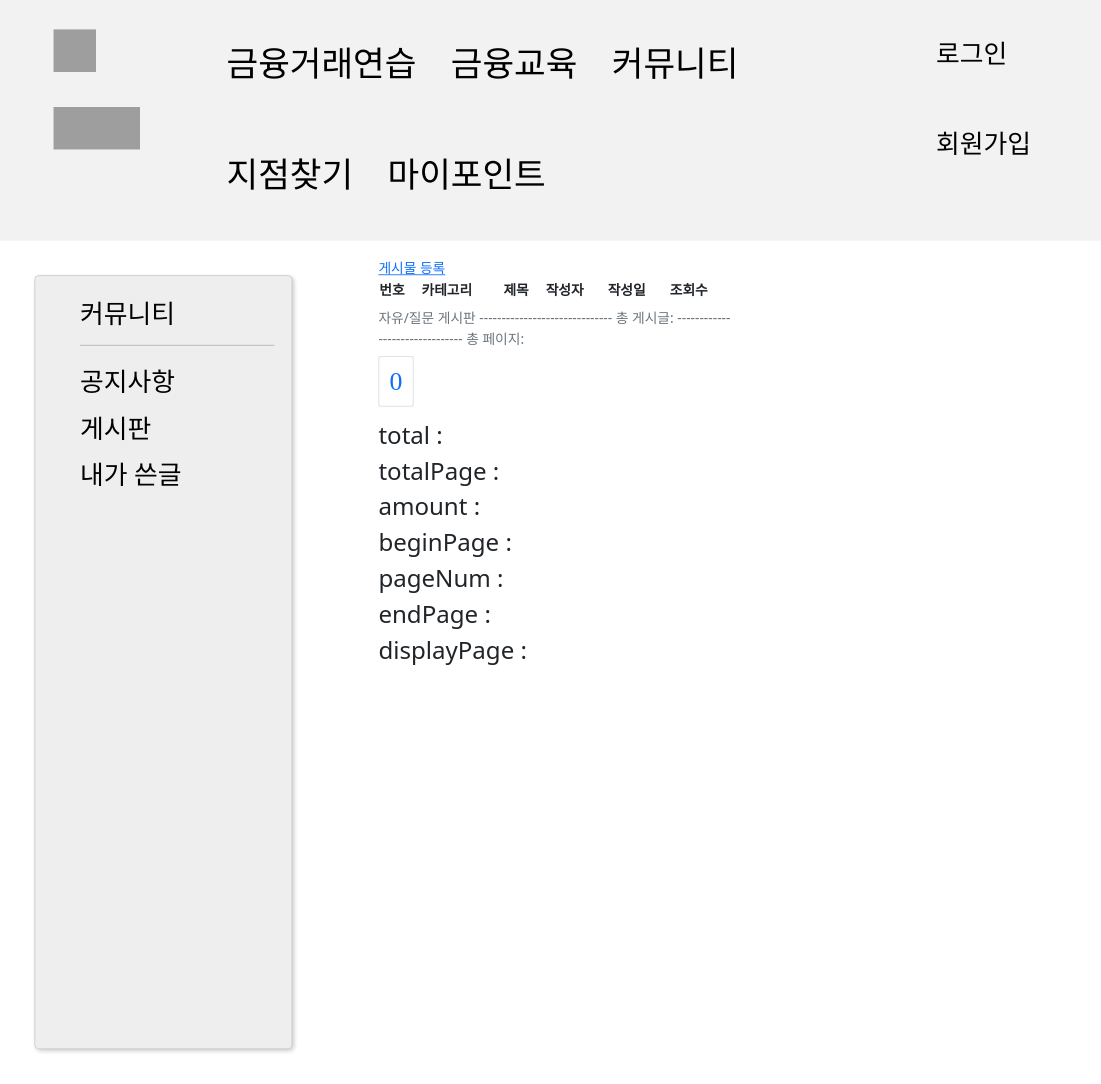
Repository: syc98syc/KB04_TeamProject
Page: http://localhost/jgig/WEB-INF/jsp/board/list.jsp
The author's editor kept a copy of each file at every save. The page is drawn from the files as they stood at one save, then again after the next save.
The browser window is 1280 px wide. The pictures show the whole page, at 86% of full size.
Pictures or frames that could not be fetched are drawn as grey boxes. Some web fonts or font styles are not loaded; a fallback is used. The page is served by Tomcat 9. Nobody is signed in. Other server files are loaded and not shown. The template is opened directly, without the code that normally fills it, so the values that code supplies are empty.

Above is the page before, as saved 2023-09-08 04:48:44.

### jgig/src/main/webapp/WEB-INF/jsp/board/list.jsp
<%@ page language="java" contentType="text/html; charset=UTF-8"
    pageEncoding="UTF-8"%>
<%@ taglib uri="http://java.sun.com/jsp/jstl/core" prefix="c" %>
<!DOCTYPE html>
<html>
<head>
<link href="https://cdn.jsdelivr.net/npm/bootstrap@5.0.2/dist/css/bootstrap.min.css" rel="stylesheet" integrity="sha384-EVSTQN3/azprG1Anm3QDgpJLIm9Nao0Yz1ztcQTwFspd3yD65VohhpuuCOmLASjC" crossorigin="anonymous">
<meta charset="UTF-8">
<title>웹게시물 목록</title>
<style>
#content {
 	margin-left: 420px; /* 사이드바 너비 + 여백만큼 오른쪽으로 밀어줍니다. */
    flex-grow: 1; /* 남은 공간을 모두 차지하도록 설정 */
    background-color: #fff; /* 배경색 설정 */
    padding: 20px; /* 내부 여백 설정 */
}
</style>
</head>
<body>
<%@ include file="../include/top_navbar.jsp" %>
<%@ include file="../include/left_navbar.jsp" %>
<div id="content">
	<a href="/jgig/board_insert_form">게시물 등록</a> <br>
	<table width= 50%>
	<caption>자유/질문 게시판 ------------------------------ 총 게시글: ${requestScope.total } ------------------------------- 총 페이지: ${criteria.totalPage }</caption>
		<tr>
		<th>번호</th>
		<th>카테고리</th>
		<th>제목</th>
		<th>작성자</th>
		<th>작성일</th>
		<th>조회수</th>
		<c:forEach items="${board_list}" var="brd">
		<tr>
			<td>${brd.brd_id }</td>
			<td>${brd.brd_category }</td>
			<td><a href="board_detail?no=${brd.brd_id}">${brd.title}</a></td>
			<td>${brd.mem_id }</td>
			<td>${brd.brd_date_created }</td>
			<td>${brd.brd_view }</td>
		</tr>
		</c:forEach>
	</table>
	<nav aria-label="Page navigation example">
  <ul class="pagination">
  <c:if test="${criteria.prev}">
    <li class="page-item"><a class="page-link" href="board_list?pageNum=${criteria.pageNum-1 }">이전</a></li>
  </c:if>
  <c:forEach begin="${criteria.beginPage}" end="${criteria.endPage}" var="idx">
 				 <li class="page-item"><a class="page-link" href="board_list?pageNum=${idx}"> ${idx} </a></li>
			</c:forEach>
    <c:if test="${criteria.next}">
    <li class="page-item"><a class="page-link" href="board_list?pageNum=${criteria.pageNum+1 }">다음</a></li>
	</c:if>
  </ul>
</nav>
	<h3>total : ${requestScope.total }</h3>
	<h3>totalPage : ${criteria.totalPage }</h3>
	<h3>amount : ${criteria.amount }</h3>
	<h3>beginPage : ${criteria.beginPage }</h3>
	<h3>pageNum : ${criteria.pageNum }</h3>
	<h3>endPage : ${criteria.endPage }</h3>
	<h3>displayPage : ${criteria.displayPage }</h3>
</div>
</body>
</html>

### jgig/src/main/webapp/WEB-INF/jsp/include/top_navbar.jsp
<%@ page language="java" contentType="text/html; charset=UTF-8"
    pageEncoding="UTF-8"%>
<!DOCTYPE html>
<html>
<head>
<meta charset="UTF-8">
<title>Insert title here</title>
<style>
@import url('https://fonts.googleapis.com/css2?family=Nanum+Gothic+Coding:wght@700&display=swap');  /* 글꼴 */

/* 상단 메뉴 스타일 */
        #top-menu {
            background-color: #F2F2F2;
            color: #fff;
            padding: 10px;
            width: 100%;
             display: flex;
  justify-content: center;
        }


    #img1 {
		width: 7vmin;
		height: 7vmin;
	}


	#img2 {
		width: 14vmin;
		height: 7vmin;
	}

	#top-menu a {
    color: #000; /* 링크 글꼴 색상 설정 */
    text-decoration: none; /* 링크 밑줄 제거 */
}

	#top-menu ul{
		list-style: none;
	}
	#top-menu li{
		font-family: 'Nanum Gothic Coding', cursive;
		float: left;
		background: #F2F2F2;
		padding:5px 10px;
		font-size: 40px;
		margin: 10px;
	}

	#top-menu ul li a{
		line-height: 2.5;
	}

	#nav3 ul li{
		font-size:30px;
	}
</style>
</head>
<body>
	<div id = "top-menu">
		<nav id = "nav1">
				<ul>
					<li><img id="img1" src="../resources/img/KB.png"></li>
					<li><img id="img2" src="../resources/img/지금입금.png"></li>
				</ul>
		</nav id = "nav2">
		<nav>
				<ul>
					<li class="menu1"><a href="#">금융거래연습</a></li>
					<li class="menu2"><a href="#">금융교육</a></li>
					<li class="menu3"><a href="#">커뮤니티</a></li>
					<li class="menu4"><a href="#">지점찾기</a></li>
					<li class="menu5"><a href="#">마이포인트</a></li>
				</ul>
		</nav>
		<nav id = "nav3">
				<ul>
					<li class="menu6"><a href="#">로그인</a></li>
					<li class="menu7"><a href="#">회원가입</a></li>
				</ul>
		</nav>
	</div>

</body>
</html>

### jgig/src/main/webapp/WEB-INF/jsp/include/left_navbar.jsp
<%@ page language="java" contentType="text/html; charset=UTF-8"
    pageEncoding="UTF-8"%>
<!DOCTYPE html>
<html>
<head>
<meta charset="UTF-8">
<title>Insert title here</title>
<style>

@import url('https://fonts.googleapis.com/css2?family=Nanum+Gothic+Coding:wght@700&display=swap');  /* 글꼴 */
/* 좌측 사이드바 스타일 */
#sidebar {
    width: 300px; /* 박스 컨테이너의 너비 설정 */
    height: 900px; /* 박스 컨테이너의 높이 설정 */
    background-color: #eee; /* 배경색 설정 */
    color: #000; /* 글꼴 색상 설정 */
    padding: 20px; /* 내부 여백 설정 */
    border: 1px solid #ccc; /* 박스 컨테이너의 테두리 설정 */
    border-radius: 5px; /* 박스 컨테이너의 모서리를 둥글게 설정 */
    box-shadow: 2px 2px 5px rgba(0, 0, 0, 0.2); /* 그림자 효과 추가 */
    line-height: normal;
    display: inline-block;
    vertical-align: middle;
    margin: 40px;
    float: left; /*왼쪽에 떠있게*/
}

/* 좌측 사이드바 링크 스타일 */
#sidebar a {
    color: #000; /* 링크 글꼴 색상 설정 */
    text-decoration: none; /* 링크 밑줄 제거 */
}

/* 좌측 사이드바 링크 호버 스타일 */
#sidebar a:hover {
    text-decoration: underline; /* 호버 상태에서 밑줄 추가 */
}

/* 좌측 사이드바 제목 스타일 */
#sidebar
	ul{
		list-style: none;
	}
	li{
		font-family: 'Nanum Gothic Coding', cursive;
		display: block; /* 각 <li> 요소를 한 줄에 하나씩 표시 */
		background: #eee;
		font-size: 30px;
	}

	#sidebar ul li a{
		line-height: 1.8;
	}

</style>
</head>
<body>
	<div id = "sidebar">
		<nav>
				<ul>
					<li>커뮤니티</li> <hr>
					<li class="menu1"><a href="#">공지사항</a></li>
					<li class="menu2"><a href="#">게시판</a></li>
					<li class="menu3"><a href="#">내가 쓴글</a></li>
				</ul>
		</nav>
	</div>

</body>
</html>

After the next save:
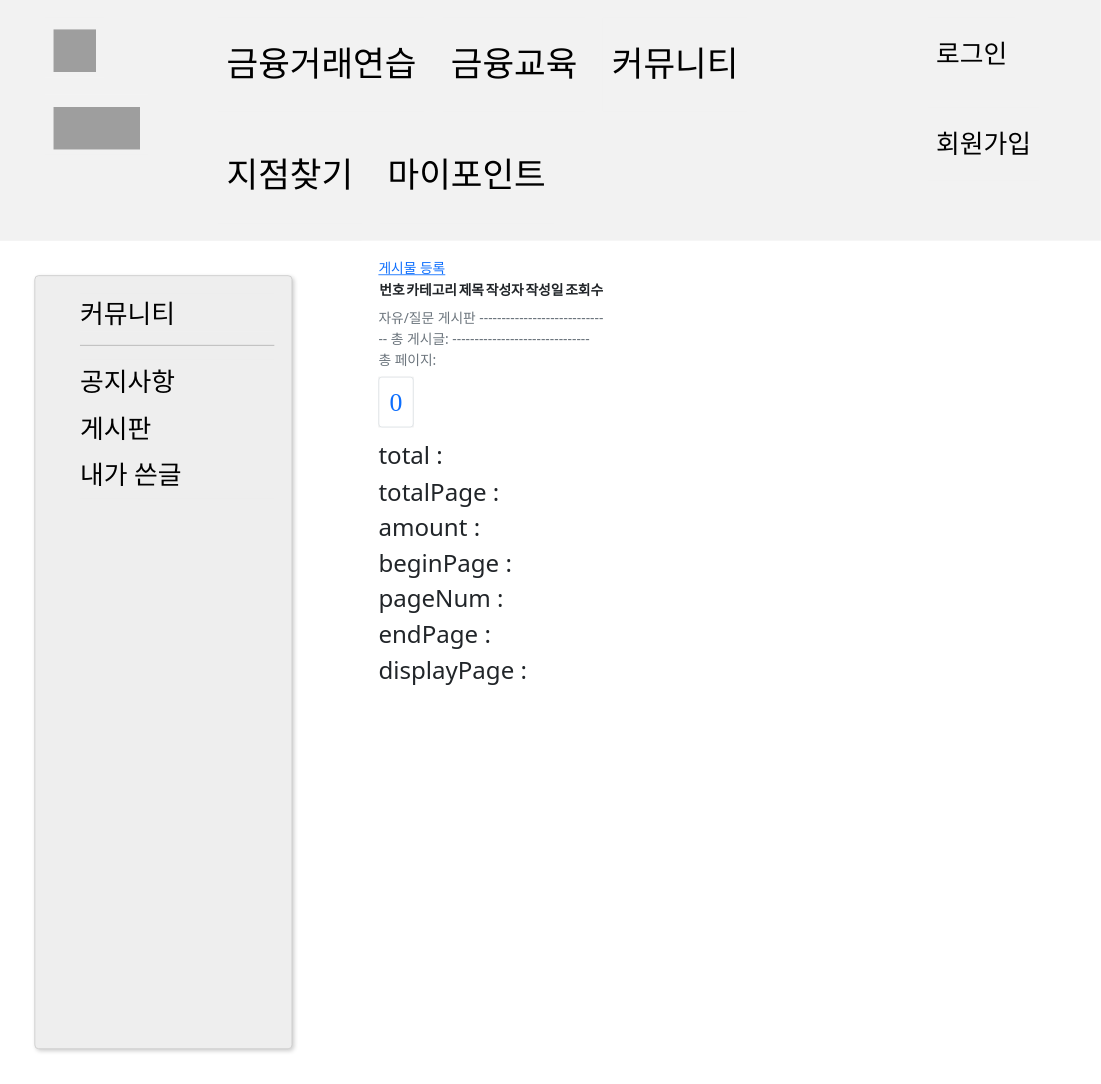
Saved 9 s later.
--- a/jgig/src/main/webapp/WEB-INF/jsp/board/list.jsp
+++ b/jgig/src/main/webapp/WEB-INF/jsp/board/list.jsp
@@ -21,7 +21,7 @@
 <%@ include file="../include/left_navbar.jsp" %>
 <div id="content">
 	<a href="/jgig/board_insert_form">게시물 등록</a> <br>
-	<table width= 50%>
+	<table>
 	<caption>자유/질문 게시판 ------------------------------ 총 게시글: ${requestScope.total } ------------------------------- 총 페이지: ${criteria.totalPage }</caption>
 		<tr>
 		<th>번호</th>
